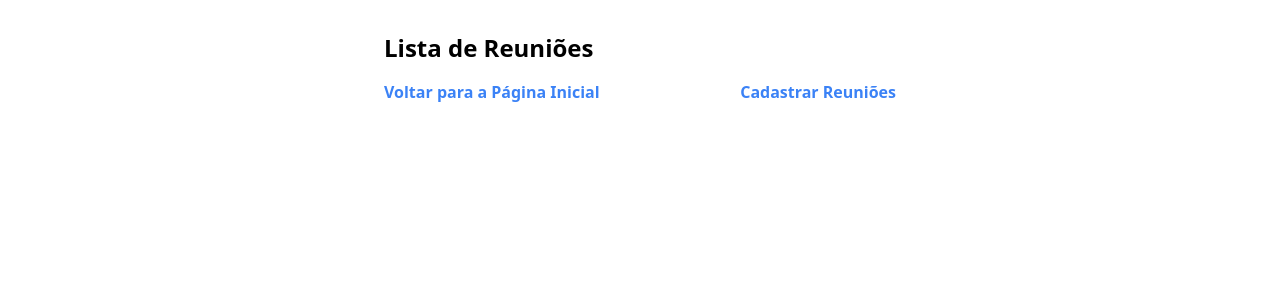
Repository: TamiBeira/meeting
Page: /meetings
These files come from the project's save history. The page is drawn as it stood at one moment and after the next save; the edit follows.
The browser window is 1280 px wide. The pictures show the whole page.
The project was rebuilt for these pictures with package versions that can differ from the ones it lists, and the page was loaded fresh each time. Also part of the build but not shown: vite.config.ts, src/contexts/FormContext.tsx, src/components/Form.tsx, src/components/HomePage.tsx.

Above is the page before, as saved 2024-02-26 19:42:38.

### index.html
<!doctype html>
<html lang="pt">
  <head>
    <meta charset="UTF-8" />
    <meta name="viewport" content="width=device-width, initial-scale=1.0" />
    <title>Meeting</title>
  </head>
  <body>
    <div id="root"></div>
    <script type="module" src="/src/main.tsx"></script>
  </body>
</html>

### src/app.tsx
import { BrowserRouter as Router, Routes, Route } from 'react-router-dom';
import { FormProvider } from './contexts/FormContext';
import { MeetingsProvider } from './contexts/MeetingsContext'; // Importe o provedor MeetingsProvider
import { Form } from './components/Form';
import { MeetingsView } from './components/MeetingsView';
import { HomePage } from './components/HomePage';

export const App = () => {
  return (
    <Router>
      <Routes>
        <Route path="/" element={<HomePage />} />
        <Route path="/form" element={<FormProvider><Form /></FormProvider>} />
        <Route path="/meetings" element={<MeetingsProvider><MeetingsView /></MeetingsProvider>} /> {/* Envolver o componente MeetingsView com o provedor MeetingsProvider */}
      </Routes>
    </Router>
  );
};

### src/contexts/MeetingsContext.tsx
import React, { createContext, useState, useEffect, useContext } from 'react';
import { toast } from 'react-toastify';

export interface Meeting {
  title: string;
  data: string;
  hora: string;
  imagemPath: string; // Alteração aqui para armazenar o caminho da imagem
  emails: string[];
}

interface MeetingsContextType {
  meetings: Meeting[];
  editableIndex: number | null;
  editedMeeting: Meeting;
  handleEdit: (index: number) => void;
  handleSave: () => void;
  handleDelete: (index: number) => void;
  handleInputChange: (event: React.ChangeEvent<HTMLInputElement>, key: string) => void;
}

interface MeetingContextProviderProps {
  children: React.ReactNode;
}

const MeetingsContext = createContext<MeetingsContextType | undefined>(undefined);

export const useMeetingsContext = () => {
  const context = useContext(MeetingsContext);
  if (!context) {
    throw new Error('useMeetingsContext must be used within a MeetingsProvider');
  }
  return context;
};

export const MeetingsProvider: React.FC<MeetingContextProviderProps> = ({ children }) => {
  const [meetings, setMeetings] = useState<Meeting[]>([]);
  const [editableIndex, setEditableIndex] = useState<number | null>(null);
  const [editedMeeting, setEditedMeeting] = useState<Meeting>({
    title: '',
    data: '',
    hora: '',
    imagemPath: '', // Alteração aqui para armazenar o caminho da imagem
    emails: [],
  });

  useEffect(() => {
    const storedMeetings = localStorage.getItem('meetingData');
    if (storedMeetings) {
      setMeetings(JSON.parse(storedMeetings));
    }
  }, []);

  const handleEdit = (index: number) => {
    setEditableIndex(index);
    setEditedMeeting(meetings[index]);
    toast.success('Reunião editada com sucesso!');
  };

  const handleSave = () => {
    if (editableIndex === null) return;

    const updatedMeetings = [...meetings];
    updatedMeetings[editableIndex] = editedMeeting;
    setMeetings(updatedMeetings);
    localStorage.setItem('meetingData', JSON.stringify(updatedMeetings));
    setEditableIndex(null);
    setEditedMeeting({
      title: '',
      data: '',
      hora: '',
      imagemPath: '',
      emails: [],
    });
    toast.success('Reunião salva com sucesso!');
  };

  const handleDelete = (index: number) => {
    const confirmDelete = window.confirm('Tem certeza que deseja excluir esta reunião?');
    if (confirmDelete) {
      const updatedMeetings = [...meetings];
      updatedMeetings.splice(index, 1);
      setMeetings(updatedMeetings);
      localStorage.setItem('meetingData', JSON.stringify(updatedMeetings));
      toast.success('Reunião excluída com sucesso!');
    }
  };

  const handleInputChange = (event: React.ChangeEvent<HTMLInputElement>, key: string) => {
    setEditedMeeting({ ...editedMeeting, [key]: event.target.value });
  };

  const contextValue: MeetingsContextType = {
    meetings,
    editableIndex,
    editedMeeting,
    handleEdit,
    handleSave,
    handleDelete,
    handleInputChange,
  };

  return (
    <MeetingsContext.Provider value={contextValue}>
      {children}
    </MeetingsContext.Provider>
  );
};

### src/components/MeetingsView.tsx
import React from 'react';
import { Link } from 'react-router-dom';
import { toast, ToastContainer } from 'react-toastify';
import { FaEdit, FaTrash } from 'react-icons/fa';
import { useMeetingsContext } from '../contexts/MeetingsContext';
import { Meeting } from './types'; // Certifique-se de importar o tipo Meeting adequado

export const MeetingsView: React.FC = () => {
  const {
    meetings,
    editableIndex,
    editedMeeting,
    handleEdit,
    handleSave,
    handleDelete,
    handleInputChange,
  } = useMeetingsContext();

  return (
    <div className="max-w-lg mx-auto mt-8">
      <h2 className="text-2xl font-bold mb-4">Lista de Reuniões</h2>

      <div className="flex justify-between mb-4">
        <Link to="/" className="text-blue-500 font-bold">Voltar para a Página Inicial</Link>
        <Link to="/form" className="text-blue-500 font-bold">Cadastrar Reuniões</Link>
      </div>

      <ul>
        {meetings.map((meeting: Meeting, index: number) => (
          <li key={index} className="border-b border-gray-200 py-4 flex flex-col sm:flex-row items-start sm:items-center">
            {editableIndex === index ? (
              <>
                <input
                  type="text"
                  value={editedMeeting.title || ''}
                  onChange={(e) => handleInputChange(e, 'title')}
                  className="mb-2 sm:mb-0 mr-4 px-4 py-2 border rounded-md shadow-sm focus:outline-none focus:ring-blue-500 focus:border-blue-500"
                  placeholder="Título"
                />
                <input
                  type="text"
                  value={editedMeeting.data || ''}
                  onChange={(e) => handleInputChange(e, 'data')}
                  className="mb-2 sm:mb-0 mr-4 px-4 py-2 border rounded-md shadow-sm focus:outline-none focus:ring-blue-500 focus:border-blue-500"
                  placeholder="Data (dd/mm/aaaa)"
                />
                <input
                  type="text"
                  value={editedMeeting.hora || ''}
                  onChange={(e) => handleInputChange(e, 'hora')}
                  className="mb-2 sm:mb-0 mr-4 px-4 py-2 border rounded-md shadow-sm focus:outline-none focus:ring-blue-500 focus:border-blue-500"
                  placeholder="Hora (hh:mm)"
                />
                <input
                  type="text"
                  value={editedMeeting.imagem || ''}
                  onChange={(e) => handleInputChange(e, 'imagem')}
                  className="mb-2 sm:mb-0 mr-4 px-4 py-2 border rounded-md shadow-sm focus:outline-none focus:ring-blue-500 focus:border-blue-500"
                  placeholder="URL da Imagem"
                />
                <input
                  type="text"
                  value={editedMeeting.emails ? editedMeeting.emails.join(', ') : ''}
                  onChange={(e) => handleInputChange(e, 'emails')}
                  className="mb-2 sm:mb-0 mr-4 px-4 py-2 border rounded-md shadow-sm focus:outline-none focus:ring-blue-500 focus:border-blue-500"
                  placeholder="E-mails (separados por vírgula)"
                />
                <div>
                  <button
                    onClick={handleSave}
                    className="bg-green-500 hover:bg-green-700 text-white font-bold py-2 px-4 mr-2 rounded"
                  >
                    Salvar
                  </button>
                </div>
              </>
            ) : (
              <>
                <div className="mb-2 sm:mb-0">
                  <strong>Título:</strong> {meeting.title}
                </div>
                {/* Restante dos detalhes da reunião */}
                <div>
                  <button
                    onClick={() => handleEdit(index)}
                    className="text-blue-500 font-bold mr-2"
                  >
                    <FaEdit className="inline-block mr-1" /> Editar
                  </button>
                  <button
                    onClick={() => handleDelete(index)}
                    className="text-red-500 font-bold"
                  >
                    <FaTrash className="inline-block mr-1" /> Excluir
                  </button>
                </div>
              </>
            )}
          </li>
        ))}
      </ul>
      <ToastContainer />
    </div>
  );
};

### tailwind.config.js
/** @type {import('tailwindcss').Config} */
export default {
  content: [
    "./index.html",
    "./src/**/*.tsx",
  ],
  theme: {
    extend: {},
  },
  plugins: [],
}

Loaded but not shown: src/main.tsx (common file); src/index.css (common file)

After the next save:
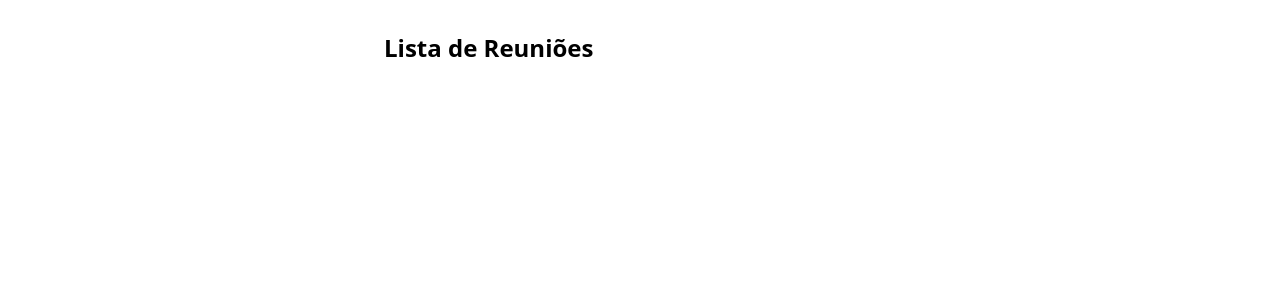
Saved 42 s later.
--- a/src/components/MeetingsView.tsx
+++ b/src/components/MeetingsView.tsx
@@ -19,79 +19,79 @@ export const MeetingsView: React.FC = () => {
   return (
     <div className="max-w-lg mx-auto mt-8">
       <h2 className="text-2xl font-bold mb-4">Lista de Reuniões</h2>
-
-      <div className="flex justify-between mb-4">
-        <Link to="/" className="text-blue-500 font-bold">Voltar para a Página Inicial</Link>
-        <Link to="/form" className="text-blue-500 font-bold">Cadastrar Reuniões</Link>
-      </div>
-
       <ul>
-        {meetings.map((meeting: Meeting, index: number) => (
-          <li key={index} className="border-b border-gray-200 py-4 flex flex-col sm:flex-row items-start sm:items-center">
+        {meetings.map((meeting, index) => (
+          <li key={index} className="border-b border-gray-200 py-4 flex items-center">
             {editableIndex === index ? (
+              // Renderiza campos de entrada se o índice corresponder ao evento que está sendo editado
               <>
                 <input
                   type="text"
-                  value={editedMeeting.title || ''}
+                  value={editedMeeting.title}
                   onChange={(e) => handleInputChange(e, 'title')}
-                  className="mb-2 sm:mb-0 mr-4 px-4 py-2 border rounded-md shadow-sm focus:outline-none focus:ring-blue-500 focus:border-blue-500"
-                  placeholder="Título"
+                  className="mr-4 px-2 py-1 border rounded"
+                />
+                <input
+                  type="date"
+                  value={editedMeeting.data}
+                  onChange={(e) => handleInputChange(e, 'data')}
+                  className="mr-4 px-2 py-1 border rounded"
+                />
+                <input
+                  type="time"
+                  value={editedMeeting.hora}
+                  onChange={(e) => handleInputChange(e, 'hora')}
+                  className="mr-4 px-2 py-1 border rounded"
                 />
                 <input
                   type="text"
-                  value={editedMeeting.data || ''}
-                  onChange={(e) => handleInputChange(e, 'data')}
-                  className="mb-2 sm:mb-0 mr-4 px-4 py-2 border rounded-md shadow-sm focus:outline-none focus:ring-blue-500 focus:border-blue-500"
-                  placeholder="Data (dd/mm/aaaa)"
+                  value={editedMeeting.imagem}
+                  onChange={(e) => handleInputChange(e, 'imagem')}
+                  className="mr-4 px-2 py-1 border rounded"
                 />
                 <input
                   type="text"
-                  value={editedMeeting.hora || ''}
-                  onChange={(e) => handleInputChange(e, 'hora')}
-                  className="mb-2 sm:mb-0 mr-4 px-4 py-2 border rounded-md shadow-sm focus:outline-none focus:ring-blue-500 focus:border-blue-500"
-                  placeholder="Hora (hh:mm)"
+                  value={editedMeeting.emails.join(', ')}
+                  onChange={(e) => handleInputChange(e, 'emails')}
+                  className="mr-4 px-2 py-1 border rounded"
                 />
-                <input
-                  type="text"
-                  value={editedMeeting.imagem || ''}
-                  onChange={(e) => handleInputChange(e, 'imagem')}
-                  className="mb-2 sm:mb-0 mr-4 px-4 py-2 border rounded-md shadow-sm focus:outline-none focus:ring-blue-500 focus:border-blue-500"
-                  placeholder="URL da Imagem"
-                />
-                <input
-                  type="text"
-                  value={editedMeeting.emails ? editedMeeting.emails.join(', ') : ''}
-                  onChange={(e) => handleInputChange(e, 'emails')}
-                  className="mb-2 sm:mb-0 mr-4 px-4 py-2 border rounded-md shadow-sm focus:outline-none focus:ring-blue-500 focus:border-blue-500"
-                  placeholder="E-mails (separados por vírgula)"
-                />
-                <div>
-                  <button
-                    onClick={handleSave}
-                    className="bg-green-500 hover:bg-green-700 text-white font-bold py-2 px-4 mr-2 rounded"
-                  >
-                    Salvar
-                  </button>
-                </div>
+                <button
+                  onClick={handleSave}
+                  className="bg-green-500 hover:bg-green-700 text-white font-bold py-1 px-2 mr-2 rounded"
+                >
+                  Salvar
+                </button>
               </>
             ) : (
               <>
-                <div className="mb-2 sm:mb-0">
+                <div>
                   <strong>Título:</strong> {meeting.title}
                 </div>
-                {/* Restante dos detalhes da reunião */}
-                <div>
+                <div className="ml-4">
+                  <strong>Data:</strong> {meeting.data}
+                </div>
+                <div className="ml-4">
+                  <strong>Hora:</strong> {meeting.hora}
+                </div>
+                <div className="ml-4">
+                  <strong>Imagem:</strong>
+                  <img src={meeting.imagem} alt="Imagem da reunião" width={150} height={100} className="max-w-xs mx-auto mt-2" />
+                </div>
+                <div className="ml-4">
+                  <strong>E-mails:</strong> {meeting.emails.join(', ')}
+                </div>
+                <div className="ml-4">
                   <button
                     onClick={() => handleEdit(index)}
-                    className="text-blue-500 font-bold mr-2"
+                    className="bg-blue-500 hover:bg-blue-700 text-white font-bold py-1 px-2 mr-2 rounded flex items-center"
                   >
-                    <FaEdit className="inline-block mr-1" /> Editar
+                    <FaEdit className="mr-1" /> Editar
                   </button>
                   <button
                     onClick={() => handleDelete(index)}
-                    className="text-red-500 font-bold"
+                    className="bg-red-500 hover:bg-red-700 text-white font-bold py-1 px-2 rounded flex items-center"
                   >
-                    <FaTrash className="inline-block mr-1" /> Excluir
+                    <FaTrash className="mr-1" /> Excluir
                   </button>
                 </div>
               </>
